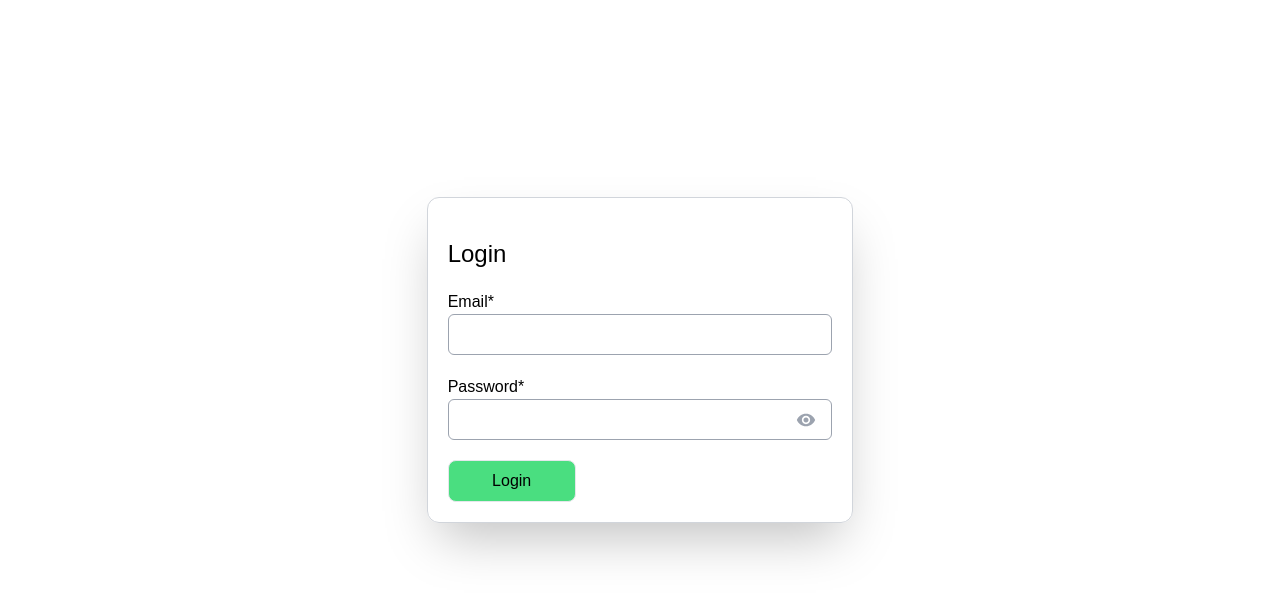
Repository: Qu4ntumGuy/support-ai
Page: /auth (app in frontend/)
An editor plug-in stored every save of this project. The page is shown before and after the next save, followed by the edit.
The browser window is 1280 px wide. The pictures show the whole page.
The project was rebuilt for these pictures with package versions that can differ from the ones it lists, and the page was loaded fresh each time.

Above is the page before, as saved 2024-07-13 21:21:48.

After the next save:
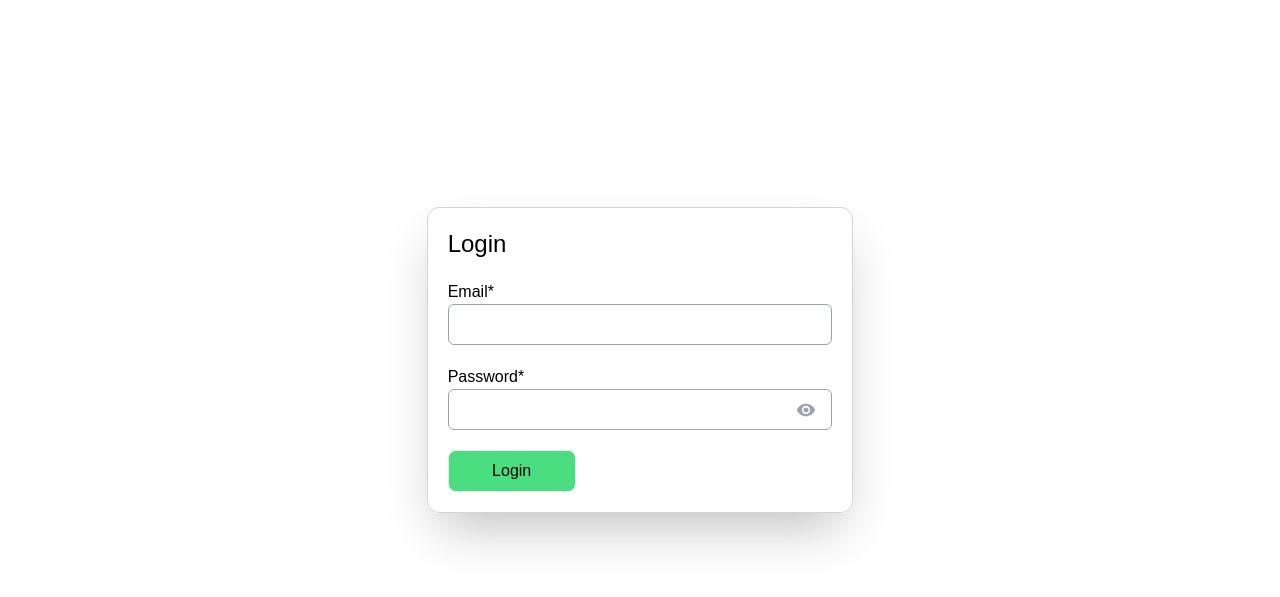
Saved 39 s later.
--- a/frontend/src/Pages/Auth/Auth.js
+++ b/frontend/src/Pages/Auth/Auth.js
@@ -27,7 +27,7 @@ function Auth() {
   return (
     <div className="flex h-screen justify-center items-center">
       <div className="border border-gray-300 rounded-xl p-5 w-full md:w-1/2 m-5 shadow-2xl xl:w-1/3 2xl:w-[30%]">
-        <div className="text-2xl my-5">Login</div>
+        <div className="text-2xl mb-5">Login</div>
         <div>
           <form>
             <div>
